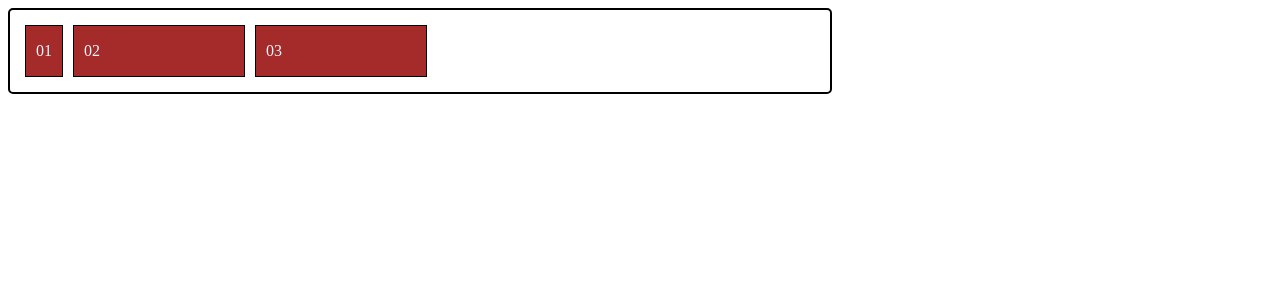
Repository: ozielms/flexbox
Page: outros/flexbox-master/index.html
These files come from the project's save history. The page is drawn as it stood at one moment and after the next save; the edit follows.
The browser window is 1280 px wide. The pictures show the whole page.

Above is the page before, as saved 2022-04-23 04:01:58.

### outros/flexbox-master/index.html
<!DOCTYPE html>
<html lang="en">

<head>
    <meta charset="UTF-8">
    <meta http-equiv="X-UA-Compatible" content="IE=edge">
    <meta name="viewport" content="width=device-width, initial-scale=1.0">
    <title>Flexbox</title>

    <link rel="stylesheet" href="css/estilo.css">
</head>

<body>

    <div class="pai">
        <div class="filho1">
            <p>01</p>
        </div>
        <div class="filho2">
            <p>02</p>
        </div>
        <div class="filho3">
            <p>03</p>
        </div>
    </div>

</body>

</html>

### outros/flexbox-master/css/estilo.css
.pai {
    max-width: 800px;
    padding: 10px;
    border: 2px solid black;
    border-radius: 5px;
    display: flex;
    flex-direction: row;
    align-items: center;
}

.filho1 {
    background-color: brown;
    border: 1px solid black;
    margin: 5px;
}

.filho2 {
    width: 20%;
    height: 99%;
    background-color: brown;
    border: 1px solid black;
    margin: 5px;
}

.filho3 {
    width: 20%;
    height: 99%;
    background-color: brown;
    border: 1px solid black;
    margin: 5px;
}

.filho1,
.filho2,
.filho3,
div p {
    color: aliceblue;
    padding: 0px 5px;
}

After the next save:
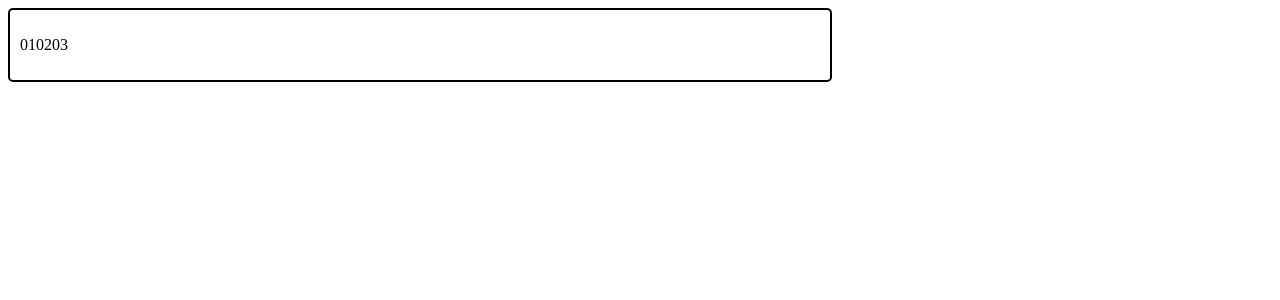
Saved 13 min 13 s later.
--- a/outros/flexbox-master/css/estilo.css
+++ b/outros/flexbox-master/css/estilo.css
@@ -8,32 +8,8 @@
     align-items: center;
 }
 
-.filho1 {
+.filho {
     background-color: brown;
     border: 1px solid black;
     margin: 5px;
 }
-
-.filho2 {
-    width: 20%;
-    height: 99%;
-    background-color: brown;
-    border: 1px solid black;
-    margin: 5px;
-}
-
-.filho3 {
-    width: 20%;
-    height: 99%;
-    background-color: brown;
-    border: 1px solid black;
-    margin: 5px;
-}
-
-.filho1,
-.filho2,
-.filho3,
-div p {
-    color: aliceblue;
-    padding: 0px 5px;
-}
